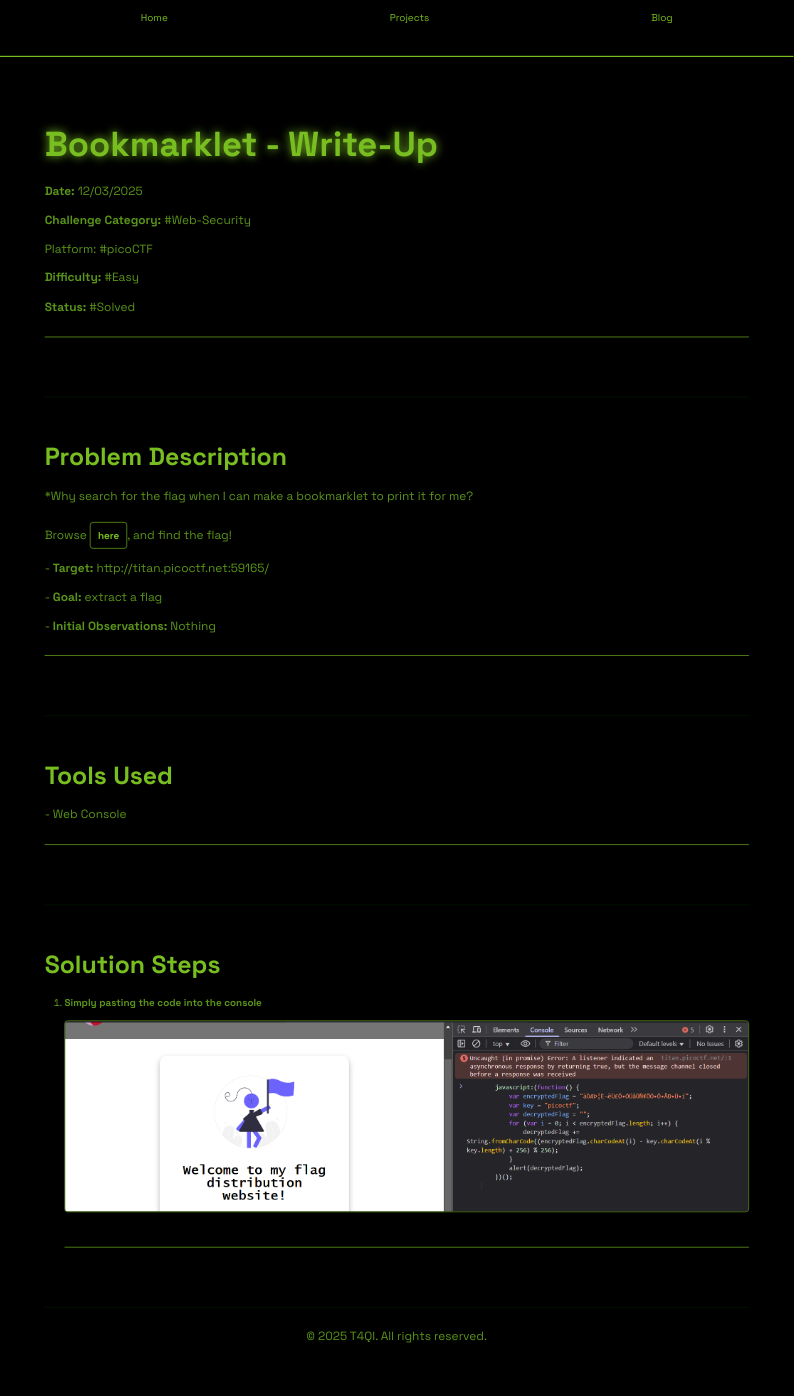
Repository: mohamedsoliman-tq/Website
Page: blogs/picoCTF/bookmarklet.html
An editor plug-in stored every save of this project. The page is shown before and after a run of saves, followed by the edit.
The browser window is 1280 px wide. The pictures show the whole page, at 62% of full size.

Above is the page before, as saved 2025-03-13 00:48:10.

### blogs/picoCTF/bookmarklet.html
<!DOCTYPE html>
<html>
<head>
    <meta charset="UTF-8">
    <meta name="viewport" content="width=device-width, initial-scale=1.0">
    <title>Bookmarklet</title>
    <link rel="stylesheet" href="/css/blog.css">
</head>
<body>
    <nav>
        <ul>
            <li><a href="/">Home</a></li>
            <li><a href="/Projects.html">Projects</a></li>
            <li><a href="/Blogs.html">Blog</a></li>
        </ul>
    </nav>
    <div class="container">
<div class="section" id="bookmarklet---write-up"><h1>Bookmarklet - Write-Up</h1>

<p><strong>Date:</strong> 12/03/2025  </p>
<p><strong>Challenge Category:</strong> #Web-Security</p>
<p>Platform: #picoCTF </p>
<p><strong>Difficulty:</strong> #Easy</p>
<p><strong>Status:</strong> #Solved</p>

<hr>
</div><div class="section" id="problem-description"><h2>Problem Description</h2>

<p>*Why search for the flag when I can make a bookmarklet to print it for me?</p>
<p>Browse <a href="http://titan.picoctf.net:59165/" class="read-more">here</a>, and find the flag!</p>

<p>- <strong>Target:</strong> http://titan.picoctf.net:59165/</p>
<p>- <strong>Goal:</strong> extract a flag</p>
<p>- <strong>Initial Observations:</strong> Nothing</p>

<hr>

</div><div class="section" id="tools-used"><h2>Tools Used</h2>

<p>- Web Console</p>

<hr>

</div><div class="section" id="solution-steps"><h2>Solution Steps</h2>


<ol>
  <li><strong>Simply pasting the code into the console</strong>   <img src="pics/bookmarkleyt.png" alt="bookmarkleyt.png"> <hr> </li>
</ol></div>
        <footer>
        <p>&copy; 2025 T4QI. All rights reserved.</p>
    </footer>
    </div>
</body>
</html>

### css/blog.css
@import url('https://fonts.googleapis.com/css2?family=Space+Grotesk:wght@300;400;700&display=swap');

    :root {
        --primary-black: #000000;
        --green-accent: #78BE20;
        --dark-green: #5a9419;
    }

    * {
        margin: 0;
        padding: 0;
        box-sizing: border-box;
        font-family: 'Space Grotesk', sans-serif;
    }

    body {
        background-color: var(--primary-black);
        color: var(--green-accent);
        line-height: 1.6;
    }

    .container {
        max-width: 1200px;
        margin: 0 auto;
        padding: 2rem;
    }

    .section {
        padding: 4rem 0;
        border-bottom: 1px solid #001a00;
    }

    /* Navigation Styles */
    nav {
        background: rgba(0, 0, 0, 0.95);
        padding: 1rem;
        position: sticky;
        top: 0;
        border-bottom: 2px solid var(--green-accent);
        z-index: 100;
    }

    nav ul {
        display: flex;
        justify-content: space-around;
        list-style: none;
    }

    nav a {
        color: var(--green-accent);
        text-decoration: none;
        padding: 0.5rem 1rem;
        transition: all 0.3s;
    }

    nav a:hover {
        color: var(--dark-green);
        text-shadow: 0 0 10px var(--green-accent);
    }

    /* Hero Section Styles */
    .hero {
        text-align: center;
        padding: 4rem 0;
        background: linear-gradient(45deg, var(--primary-black), #001100);
    }

    h1, h2, h3, h4, h5, h6 {
        color: var(--green-accent);
        margin-bottom: 1rem;
    }

    h1 {
        font-size: 3.5rem;
        text-shadow: 0 0 15px var(--green-accent);
    }

    h2 {
        font-size: 2.5rem;
    }

    p {
        color: var(--dark-green);
        font-size: 1.2rem;
        margin-bottom: 1rem;
    }

    /* Code blocks */
    pre {
        background: #000a00;
        padding: 1.5rem;
        border-radius: 5px;
        border: 1px solid var(--green-accent);
        overflow-x: auto;
        margin: 1.5rem 0;
    }

    code {
        font-family: monospace;
        color: var(--green-accent);
    }

    /* List styling */
    ul, ol {
        margin-left: 2rem;
        margin-bottom: 1.5rem;
        color: var(--dark-green);
    }

    li {
        margin-bottom: 0.5rem;
    }

    /* Links */
    a {
        color: var(--green-accent);
        text-decoration: none;
        transition: all 0.3s;
    }

    a:hover {
        color: var(--dark-green);
        text-shadow: 0 0 10px var(--green-accent);
    }

    .read-more {
        display: inline-block;
        margin-top: 10px;
        padding: 8px 12px;
        font-size: 1rem;
        font-weight: bold;
        color: var(--green-accent);
        text-decoration: none;
        border: 1px solid var(--green-accent);
        border-radius: 5px;
        transition: all 0.3s ease;
    }

    .read-more:hover {
        background-color: var(--green-accent);
        color: var(--primary-black);
        box-shadow: 0 0 10px var(--green-accent);
    }

    /* Images */
    img {
        max-width: 100%;
        border: 1px solid var(--green-accent);
        border-radius: 5px;
        margin: 1rem 0;
    }

    /* Horizontal rule */
    hr {
        border: none;
        height: 1px;
        background-color: var(--green-accent);
        margin: 2rem 0;
    }

    /* Responsive adjustments */
    @media (max-width: 768px) {
        h1 {
            font-size: 2.5rem;
        }

        .container {
            padding: 1rem;
        }

        .section {
            padding: 2rem 0;
        }
    }

    footer {
        text-align: center;
        padding: 2rem;
        color: var(--green-accent);
    }

After the next 3 saves:
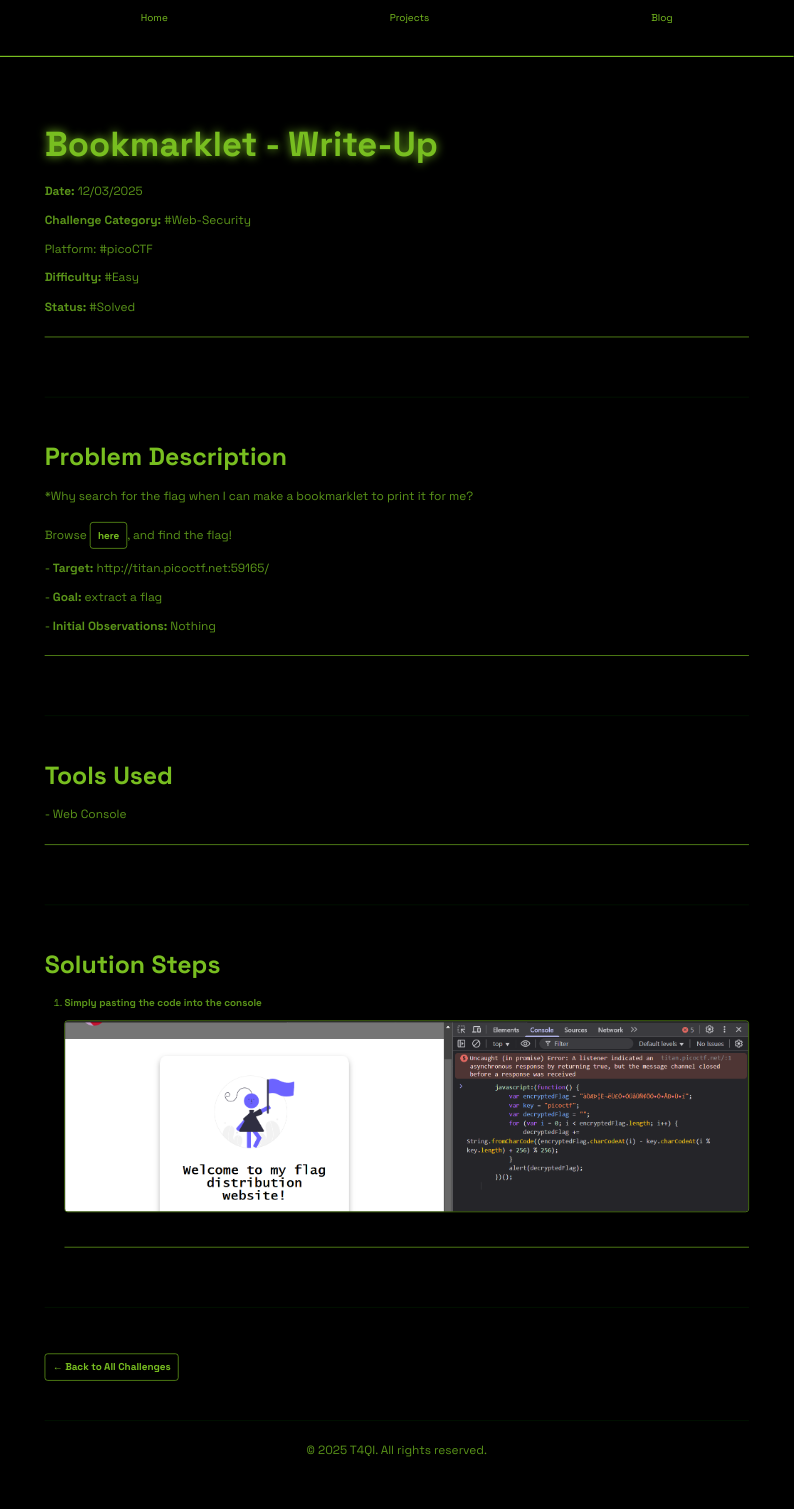
The 3 saves are shown as one change because they came seconds apart.
The last was saved 80 s later.
--- a/blogs/picoCTF/bookmarklet.html
+++ b/blogs/picoCTF/bookmarklet.html
@@ -1,11 +1,13 @@
 <!DOCTYPE html>
 <html>
+
 <head>
     <meta charset="UTF-8">
     <meta name="viewport" content="width=device-width, initial-scale=1.0">
     <title>Bookmarklet</title>
     <link rel="stylesheet" href="/css/blog.css">
 </head>
+
 <body>
     <nav>
         <ul>
@@ -15,41 +17,56 @@
         </ul>
     </nav>
     <div class="container">
-<div class="section" id="bookmarklet---write-up"><h1>Bookmarklet - Write-Up</h1>
+        <div class="section" id="bookmarklet---write-up">
+            <h1>Bookmarklet - Write-Up</h1>
 
-<p><strong>Date:</strong> 12/03/2025  </p>
-<p><strong>Challenge Category:</strong> #Web-Security</p>
-<p>Platform: #picoCTF </p>
-<p><strong>Difficulty:</strong> #Easy</p>
-<p><strong>Status:</strong> #Solved</p>
+            <p><strong>Date:</strong> 12/03/2025 </p>
+            <p><strong>Challenge Category:</strong> #Web-Security</p>
+            <p>Platform: #picoCTF </p>
+            <p><strong>Difficulty:</strong> #Easy</p>
+            <p><strong>Status:</strong> #Solved</p>
 
-<hr>
-</div><div class="section" id="problem-description"><h2>Problem Description</h2>
+            <hr>
+        </div>
+        <div class="section" id="problem-description">
+            <h2>Problem Description</h2>
 
-<p>*Why search for the flag when I can make a bookmarklet to print it for me?</p>
-<p>Browse <a href="http://titan.picoctf.net:59165/" class="read-more">here</a>, and find the flag!</p>
+            <p>*Why search for the flag when I can make a bookmarklet to print it for me?</p>
+            <p>Browse <a href="http://titan.picoctf.net:59165/" class="read-more">here</a>, and find the flag!</p>
 
-<p>- <strong>Target:</strong> http://titan.picoctf.net:59165/</p>
-<p>- <strong>Goal:</strong> extract a flag</p>
-<p>- <strong>Initial Observations:</strong> Nothing</p>
+            <p>- <strong>Target:</strong> http://titan.picoctf.net:59165/</p>
+            <p>- <strong>Goal:</strong> extract a flag</p>
+            <p>- <strong>Initial Observations:</strong> Nothing</p>
 
-<hr>
+            <hr>
 
-</div><div class="section" id="tools-used"><h2>Tools Used</h2>
+        </div>
+        <div class="section" id="tools-used">
+            <h2>Tools Used</h2>
 
-<p>- Web Console</p>
+            <p>- Web Console</p>
 
-<hr>
+            <hr>
 
-</div><div class="section" id="solution-steps"><h2>Solution Steps</h2>
+        </div>
+        <div class="section" id="solution-steps">
+            <h2>Solution Steps</h2>
 
 
-<ol>
-  <li><strong>Simply pasting the code into the console</strong>   <img src="pics/bookmarkleyt.png" alt="bookmarkleyt.png"> <hr> </li>
-</ol></div>
+            <ol>
+                <li><strong>Simply pasting the code into the console</strong> <img src="pics/bookmarkleyt.png"
+                        alt="bookmarkleyt.png">
+                    <hr>
+                </li>
+            </ol>
+        </div>
+        <div class="section">
+            <a href="/blogs/picoCTF/picoCTF.html" class="read-more">← Back to All Challenges</a>
+        </div>
         <footer>
-        <p>&copy; 2025 T4QI. All rights reserved.</p>
-    </footer>
+            <p>&copy; 2025 T4QI. All rights reserved.</p>
+        </footer>
     </div>
 </body>
+
 </html>
